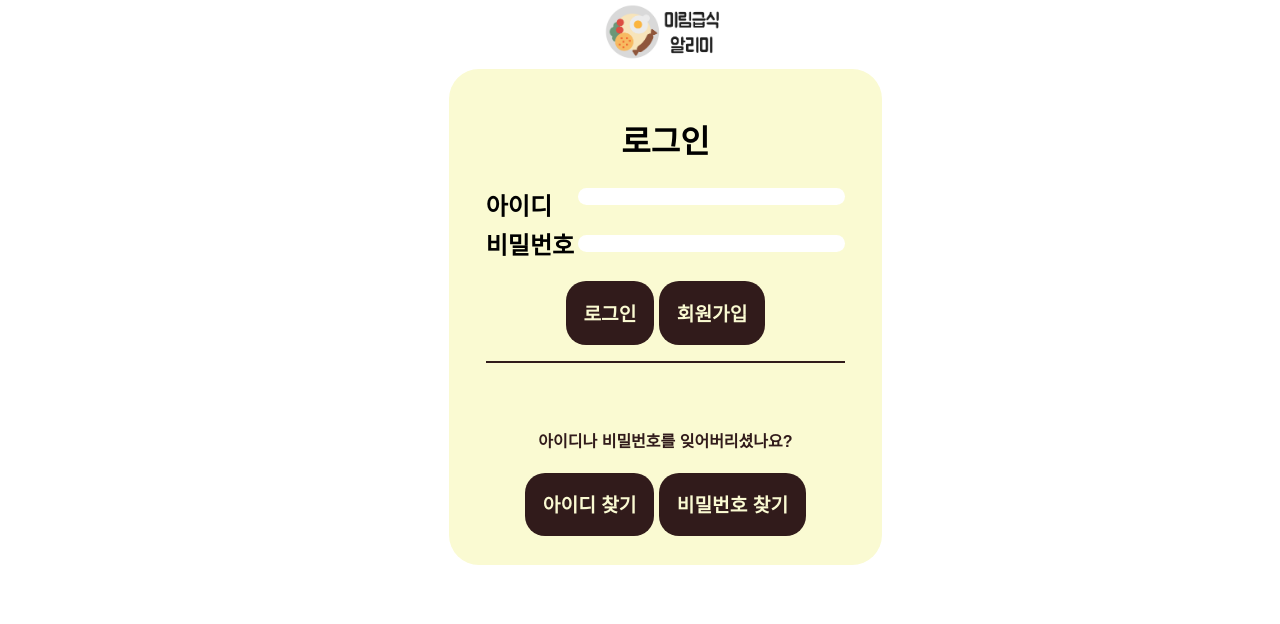
Repository: juujuu201/MirimMenuProj
Page: http://localhost/jspMenuProj/login.jsp
These files come from the project's save history. The page is drawn as it stood at one moment and after the next save; the edit follows.
The browser window is 1280 px wide. The pictures show the whole page.
Some web fonts or font styles are not loaded; a fallback is used. The page is served by Tomcat 9.

Above is the page before, as saved 2019-09-21 13:46:02.

After the next save:
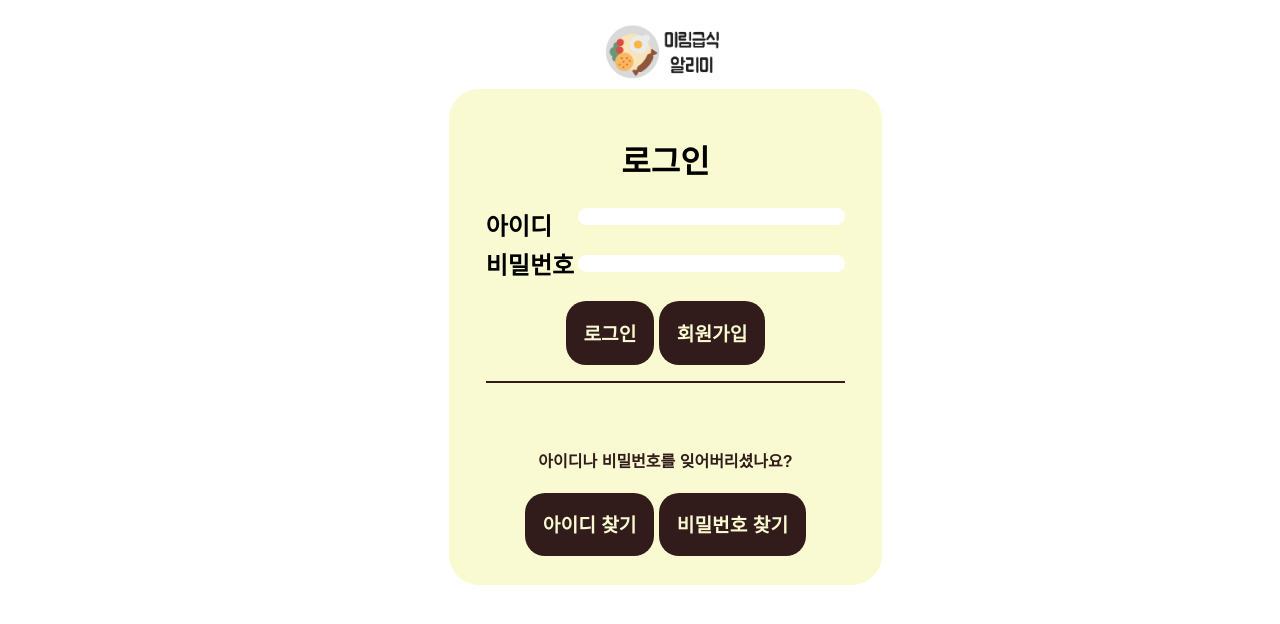
Saved 18 s later.
--- a/jspMenuProj/WebContent/login.jsp
+++ b/jspMenuProj/WebContent/login.jsp
@@ -31,6 +31,7 @@
 
 <form name="form" action="loginProc.jsp" method="post">
     <table id="whole">
+    	<tr><td><p></p></td></tr>
         <tr>
             <td width="47%"></td>
             <td width="12%"><a href="index.jsp"><img src="img/logo.png" width="80%"></a></td>
